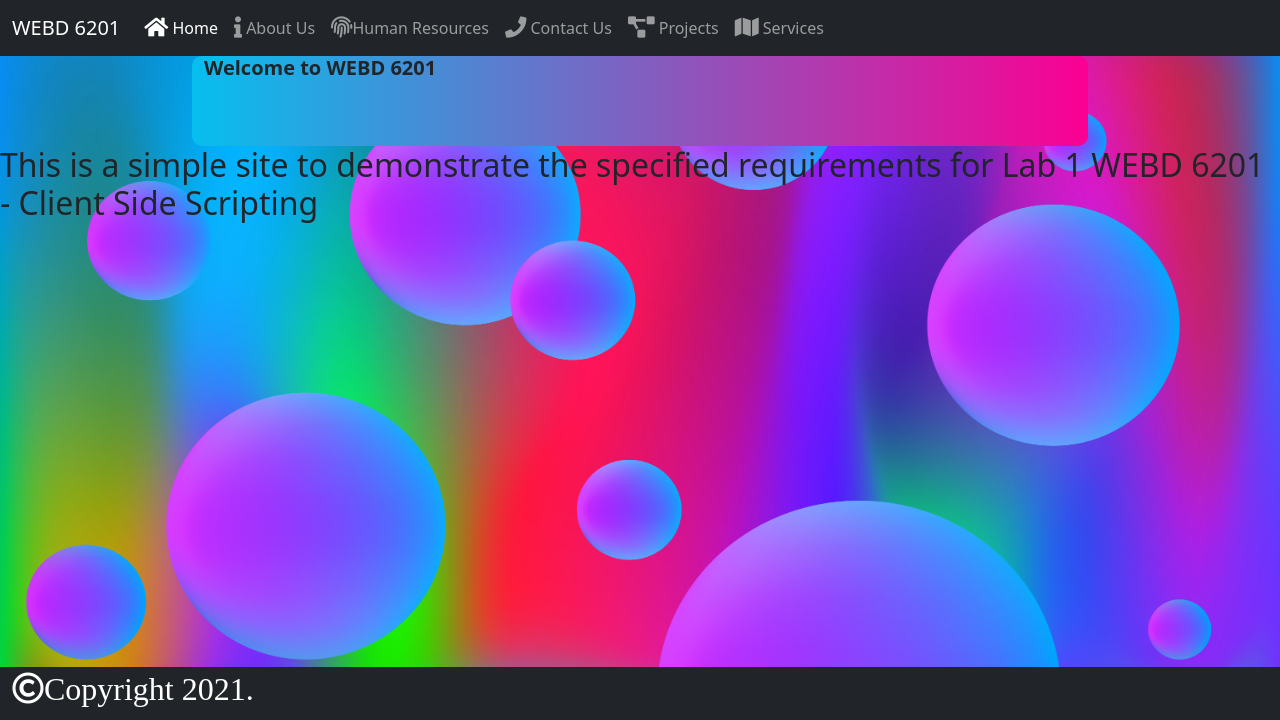
Repository: vans12345678/WEBD6201-W2021-Lab1
Page: index.html
These files come from the project's save history. The page is drawn as it stood at one moment and after the next save; the edit follows.
The browser window is 1280 px wide. The pictures show the whole page.

Above is the page before, as saved 2021-02-01 19:43:30.
Console error (its wording comes from the project's code and is left out).

After the next save:
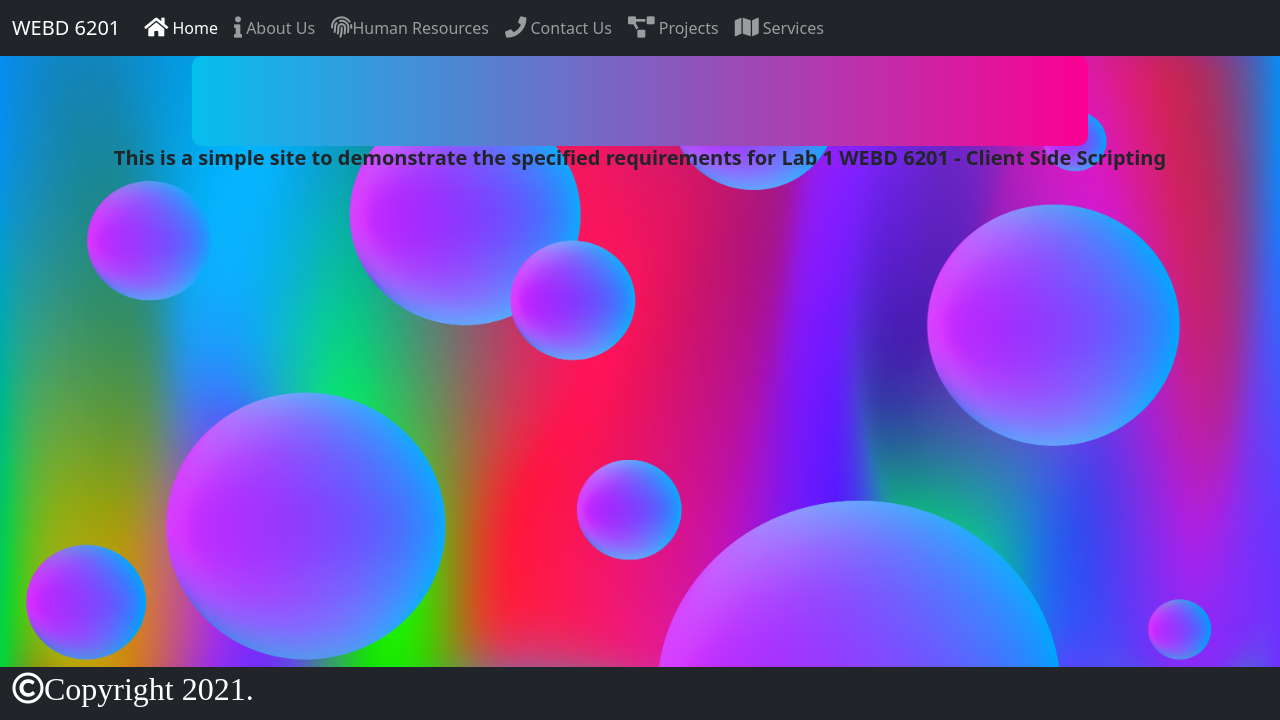
Saved 14 s later.
--- a/index.html
+++ b/index.html
@@ -48,8 +48,8 @@
     </header>
   <!-- Main Contents -->
     <main>
-        <h1 id = "title" class = "container fs-5 fw-bold text-centers">Welcome to WEBD 6201</h1>
-        <h2 id="introParagraph" class=""></h2>
+        <h1 id = "title" class = "container"></h1>
+        <h2 id="introParagraph" class="fs-5 fw-bold text-center"></h2>
     </main>
     <!-- Main Footer -->
     <footer>
